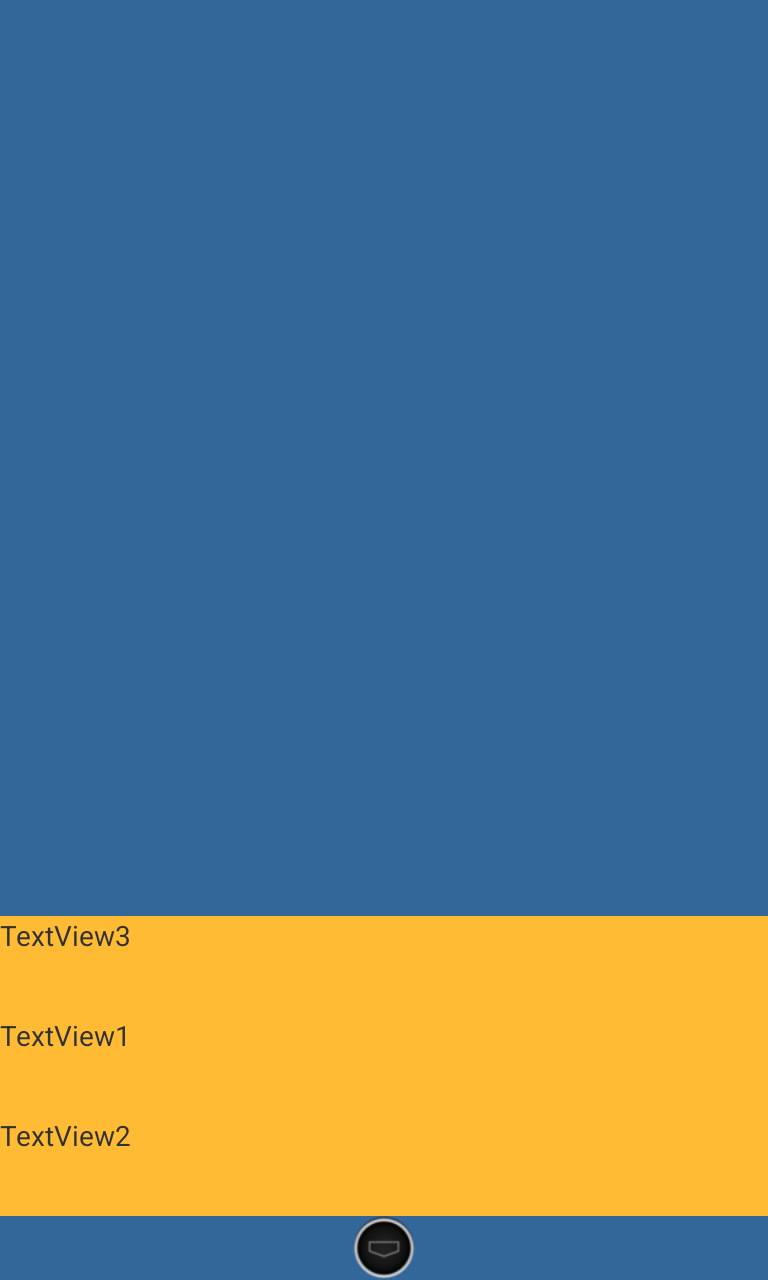
Repository: complexityclass/GosClient
Layout: Client/res/layout/activity_service.xml
The author's editor kept a copy of each file at every save. The layout is drawn from the files as they stood at one save, then again after the next save.
It is drawn on a 768 x 1280 px phone screen (xhdpi) without system bars, with theme AppTheme; the app's code is not run. Lists and similar views that code fills are empty.

Above is the layout before, as saved 2013-04-19 14:33:21.

### Client/res/layout/activity_service.xml
<?xml version="1.0" encoding="utf-8"?>
<LinearLayout xmlns:android="http://schemas.android.com/apk/res/android"
    android:layout_width="fill_parent"
    android:layout_height="fill_parent"
    android:orientation="vertical" >

    <SlidingDrawer
        android:id="@+id/drawer"
        android:layout_width="fill_parent"
        android:layout_height="match_parent"
        android:background="#336699"
        android:content="@+id/content"
        android:handle="@+id/handle"
        android:rotation="0" >

        <LinearLayout
            android:id="@id/content"
            android:layout_width="fill_parent"
            android:layout_height="fill_parent"
            android:orientation="vertical"
            android:rotation="0" >

            <ExpandableListView
                android:id="@+id/exListView"
                android:layout_width="fill_parent"
                android:layout_height="wrap_content"
                android:background="@drawable/back"
                android:indicatorLeft="250dp"
                android:indicatorRight="300dp" />
        </LinearLayout>

        <LinearLayout
            android:id="@id/handle"
            android:layout_width="match_parent"
            android:layout_height="wrap_content"
            android:orientation="vertical"
            android:rotation="0" >

            <LinearLayout
                android:id="@+id/linlay"
                android:layout_width="match_parent"
                android:layout_height="wrap_content"
                android:orientation="vertical" >

                <TextView
                    android:id="@+id/textView3"
                    android:layout_width="match_parent"
                    android:layout_height="50dp"
                    android:background="@android:color/holo_orange_light"
                    android:text="TextView3" />

                <TextView
                    android:id="@+id/textView1"
                    android:layout_width="match_parent"
                    android:layout_height="50dp"
                    android:background="@android:color/holo_orange_light"
                    android:text="TextView1" />

                <TextView
                    android:id="@+id/textView2"
                    android:layout_width="match_parent"
                    android:layout_height="50dp"
                    android:background="@android:color/holo_orange_light"
                    android:text="TextView2" />
            </LinearLayout>

            <ImageView
                android:id="@+id/imageView23"
                android:layout_width="match_parent"
                android:layout_height="fill_parent"
                android:contentDescription="@string/Habarovsk"
                android:src="@drawable/upbutton" />
        </LinearLayout>
    </SlidingDrawer>

</LinearLayout>

### Client/res/values/strings.xml
<?xml version="1.0" encoding="utf-8"?>
<resources>

    <string name="app_name">Client</string>
    <string name="hello_world">Hello world!</string>
    <string name="menu_settings">Settings</string>
    <string name="title_activity_main">MainActivity</string>
    <string name="title_activity_about_us">About us</string>
    <string name="title_activity_news">News</string>
    <string name="title_activity_citizen_reg">Citizens</string>
    <string name="title_activity_agencies">Agencies</string>
    <string name="title_activity_areas_of">Areas</string>
    <string name="agencies_ru">Ведомства</string>
    <string name="about_project_ru">О проекте</string>
    <string name="areas_of_ru">Направления деятельности</string>
    <string name="news_ru">Новости</string>
    <string name="organizations_ru">Организациям</string>
    <string name="electronic_services_ru">Электронные услуги</string>
    <string name="life_situations_ru">Жизненные ситуации</string>
    <string name="information_ru">Информация</string>
    <string name="visitor_statistics_ru">Статистика посещений</string>
    <string name="search_news_ru">Поиск по новостям</string>
    <string name="citizens_ru">Гражданам</string>
    <string name="spots_treatment_ru">Места обращения</string>
    <string name="useful_links_ru">Полезные ссылки</string>
    <string name="universal_card_ru">Развитие универсальной электронной карты</string>
    <string name="faq_ru">Часто задаваемые вопросы</string>
    <string name="title_activity_test">TestActivity</string>
    <string name="title_activity_web_view">WebViewActivity</string>
    <string name="title_section3">Section 3</string>
    <string name="title_section2">Section 2</string>
    <string name="title_section1">Section 1</string>
    <string name="title_activity_swipe">SwipeActivity</string>
    <string name="title_activity_life_situations">LifeSituationsActivity</string>
    <string name="action_settings">Settings</string>
    <string name="label1">Tab 1</string>
    <string name="label2">Tab 2</string>
    <string name="label3">Tab 3</string>
    <string name="federational">Федеральные</string>
    <string name="munitipal">Муниципальные</string>
    <string name="regional">Региональные</string>
    <string name="title_activity_expandable_list_view_test">ExpandableListViewTest</string>
    <string name="title_activity_expandable_list">ExpandableListActivity</string>
    <string name="Habarovsk_Servise">Хабаровск Услуги</string>
    <string name="Habarovsk">Habarovsk</string>
    <string name="title_activity_service">ServiceActivity</string>

</resources>

Loaded but not shown: Client/res/values-v11/styles.xml (common file); Client/res/values-v14/styles.xml (common file); Client/res/values/styles.xml (common file)

After the next save:
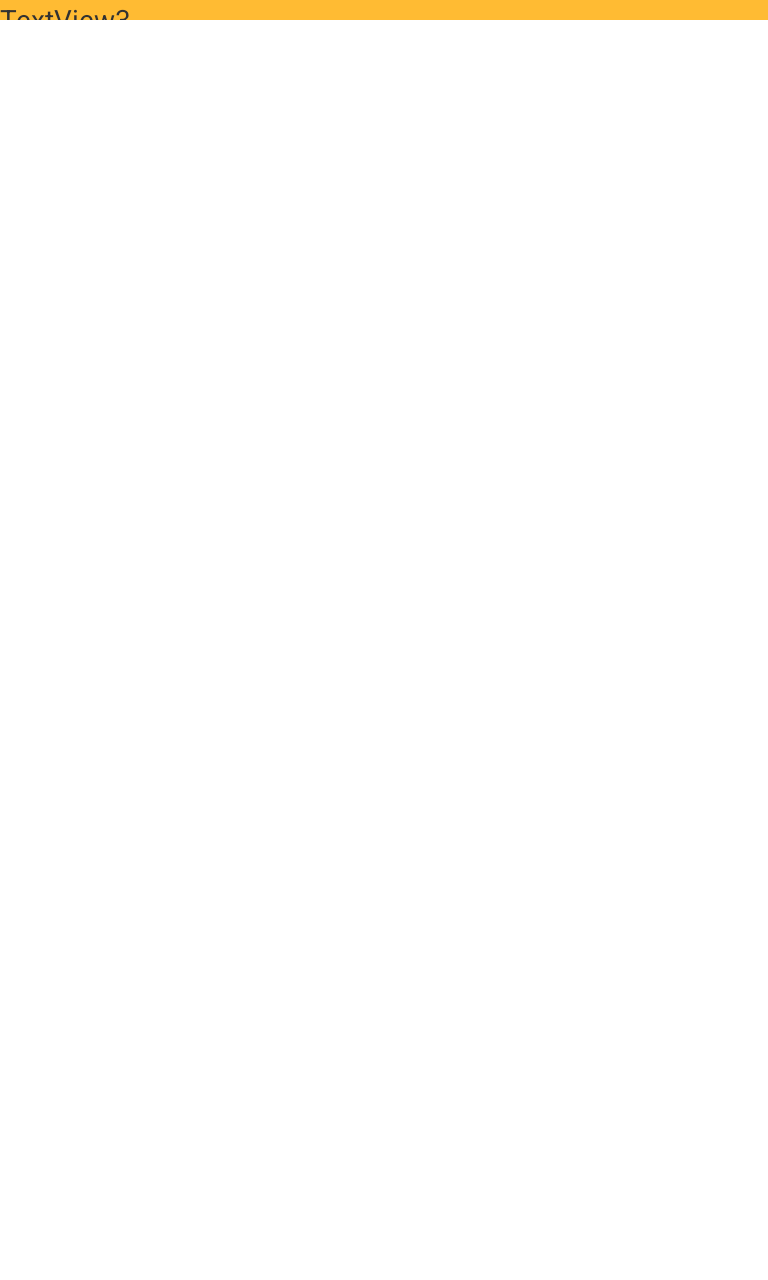
Saved 7 min 12 s later.
--- a/Client/res/layout/activity_service.xml
+++ b/Client/res/layout/activity_service.xml
@@ -7,7 +7,7 @@
     <SlidingDrawer
         android:id="@+id/drawer"
         android:layout_width="fill_parent"
-        android:layout_height="match_parent"
+        android:layout_height="10dp"
         android:background="#336699"
         android:content="@+id/content"
         android:handle="@+id/handle"
